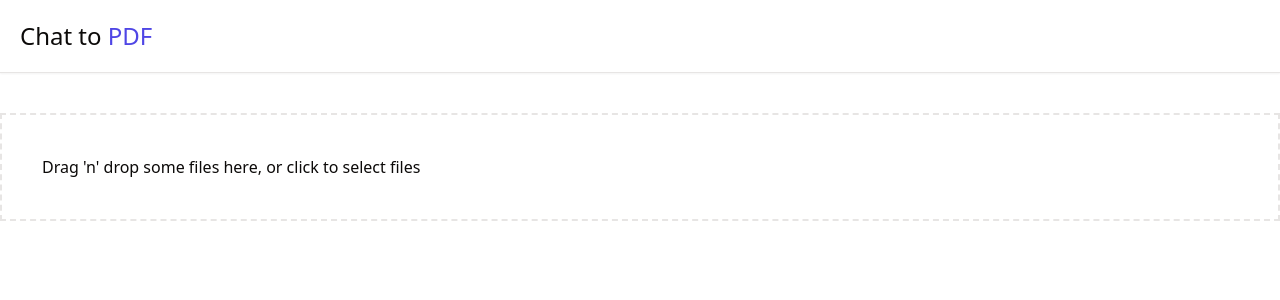
Repository: ankur28/chat-with-pdf
Page: /dashboard/upload
The author's editor kept a copy of each file at every save. The page is drawn from the files as they stood at one save, then again after a run of saves.
The browser window is 1280 px wide. The pictures show the whole page.
The page's requests for data from a server got no answer. The project was rebuilt for these pictures with package versions that can differ from the ones it lists, and the page was loaded fresh each time. Some packages were replaced by stand-ins written for this rebuild. The framework's server and built-in components were replaced by stand-ins that run in the browser. No one was signed in, and anything a server would have sent is missing. Also part of the build but not shown: next.config.js, next.config.mjs, lib/utils.ts, components/ui/button.tsx.

Above is the page before, as saved 2024-07-24 19:31:59.

### app/layout.tsx
import type { Metadata } from "next";
import { Inter } from "next/font/google";
import "./globals.css";
import {
  ClerkProvider,
} from '@clerk/nextjs'

const inter = Inter({ subsets: ["latin"] });

export const metadata: Metadata = {
  title: "ChatWithPDF",
  description: "Generated by create next app",
};

export default function RootLayout({
  children,
}: Readonly<{
  children: React.ReactNode;
}>) {
  return (
    <ClerkProvider>
        <html lang="en">
          <body className="min-h-screen h-screen overflow-hidden flex flex-col">{children}</body>
        </html>
    </ClerkProvider>
  );
}

### app/dashboard/layout.tsx
import Header from '@/components/Header'
import { ClerkLoaded } from '@clerk/nextjs'
import React from 'react'

function DashboardLayout({children}: { children: React.ReactNode}) {
  return (
    <ClerkLoaded>
        {/* the main layout has flex col so here flex-1 to use max space for the parent */}
        <div className='flex-1 flex flex-col'>
            <Header />
          <main className='flex-1 overflow-y-auto'>{children}</main>
        </div>
    </ClerkLoaded>
  )
}

export default DashboardLayout

### app/dashboard/upload/page.tsx
'use client'

import { useCallback } from 'react'
import {useDropzone} from 'react-dropzone'

function UploadPage() {
    const onDrop = useCallback((acceptedFiles: File[]) => {
        // Do something with the files
      }, [])
      const {getRootProps, getInputProps, isDragActive, isFocused} = useDropzone({onDrop})

  return (
    <div className=''>
        {/* Loading section */}
    <div {...getRootProps()}
    className="p-10 border-2 border-dashed mt-10 w">
      <input {...getInputProps()} />
      {
          isDragActive ?
          <p>Drop the files here ...</p> :
          <p>Drag 'n' drop some files here, or click to select files</p>
        }
    </div>
    </div>
  )
}

export default UploadPage

### components/Header.tsx
import { SignedIn, UserButton } from '@clerk/nextjs'
import { FilePlus2 } from 'lucide-react'
import Link from 'next/link'
import React from 'react'
import { Button } from './ui/button'

function Header() {
  return (
    <div className='flex justify-between bg-white shadow-sm p-5 border-b'>
      <Link href="/dashboard" className='text-2xl'>
        Chat to <span className='text-indigo-600'>PDF</span>
      </Link>

      <SignedIn>
      <div className='flex items-center space-x-2'>
        <Button asChild variant="link" className='hidden md:flex'>
            <Link href="/dashboard/upgrade">Pricing</Link>
        </Button>
        <Button asChild variant="outline" >
            <Link href="/dashboard">My Documents</Link>
        </Button>
        <Button asChild variant="outline" className='border-indigo-600' >
            <Link href="/dashboard/upload">
                <FilePlus2 className='text-indigo-600' />
            </Link>
        </Button>
        {/* upgrade button */}

           <UserButton></UserButton>
        </div>
      </SignedIn>
    </div>
  )
}

export default Header

Loaded but not shown: app/globals.css (common file); tailwind.config.ts (common file)

After the next 2 saves:
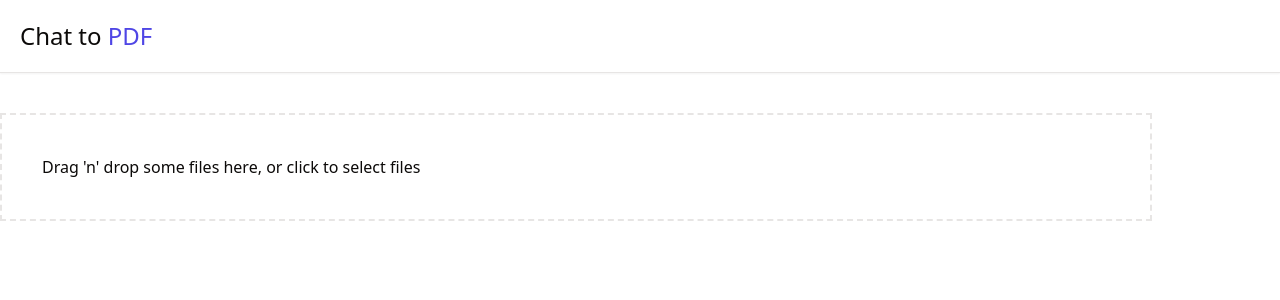
The 2 saves are shown as one change because they came seconds apart.
The last was saved 7 s later.
--- a/app/dashboard/upload/page.tsx
+++ b/app/dashboard/upload/page.tsx
@@ -13,7 +13,7 @@ function UploadPage() {
     <div className=''>
         {/* Loading section */}
     <div {...getRootProps()}
-    className="p-10 border-2 border-dashed mt-10 w">
+    className="p-10 border-2 border-dashed mt-10 w-[90%]">
       <input {...getInputProps()} />
       {
           isDragActive ?
